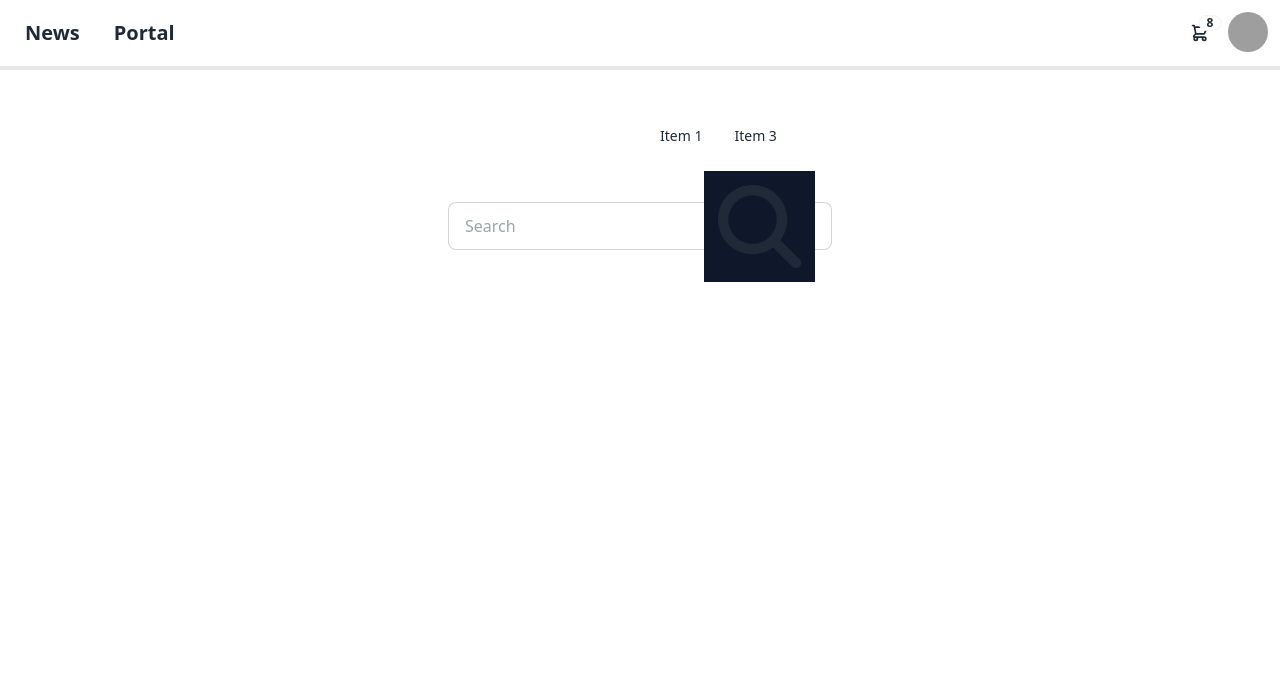
Repository: RudrasahaDibos/news-portal
Page: index.html
These files come from the project's save history. The page is drawn as it stood at one moment and after a run of saves; the edit follows.
The browser window is 1280 px wide. The pictures show the whole page.
Pictures or frames that could not be fetched are drawn as grey boxes. Some web libraries are served in a nearby version.

Above is the page before, as saved 2024-11-23 15:02:47.

### index.html
<!DOCTYPE html>
<html lang="en">
<head>
    <meta charset="UTF-8">
    <meta name="viewport" content="width=device-width, initial-scale=1.0">
    <title>news_portals</title>
    <!-- tailwinds  -->
    <link href="https://cdn.jsdelivr.net/npm/daisyui@4.12.14/dist/full.min.css" rel="stylesheet" type="text/css" />
    <script src="https://cdn.tailwindcss.com"></script>

</head>
<body class="container mx-auto ">
    <!-- header starts here -->
        <header>
                   <!-- navbar start here -->
                   <div class="navbar bg-base-100 border-b-4">
                    <div class="flex-1">
                      <a class="btn btn-ghost text-xl">News</a>
                      <a class="btn btn-ghost text-xl">Portal</a>
                    </div>
                    <div class="flex-none">
                      <div class="dropdown dropdown-end">
                        <div tabindex="0" role="button" class="btn btn-ghost btn-circle">
                          <div class="indicator">
                            <svg
                              xmlns="http://www.w3.org/2000/svg"
                              class="h-5 w-5"
                              fill="none"
                              viewBox="0 0 24 24"
                              stroke="currentColor">
                              <path
                                stroke-linecap="round"
                                stroke-linejoin="round"
                                stroke-width="2"
                                d="M3 3h2l.4 2M7 13h10l4-8H5.4M7 13L5.4 5M7 13l-2.293 2.293c-.63.63-.184 1.707.707 1.707H17m0 0a2 2 0 100 4 2 2 0 000-4zm-8 2a2 2 0 11-4 0 2 2 0 014 0z" />
                            </svg>
                            <span class="badge badge-sm indicator-item">8</span>
                          </div>
                        </div>
                        <div
                          tabindex="0"
                          class="card card-compact dropdown-content bg-base-100 z-[1] mt-3 w-52 shadow">
                          <div class="card-body">
                            <span class="text-lg font-bold">8 Items</span>
                            <span class="text-info">Subtotal: $999</span>
                            <div class="card-actions">
                              <button class="btn btn-primary btn-block">View cart</button>
                            </div>
                          </div>
                        </div>
                      </div>
                      <div class="dropdown dropdown-end">
                        <div tabindex="0" role="button" class="btn btn-ghost btn-circle avatar">
                          <div class="w-10 rounded-full">
                            <img
                              alt="Tailwind CSS Navbar component"
                              src="https://img.daisyui.com/images/stock/photo-1534528741775-53994a69daeb.webp" />
                          </div>
                        </div>
                        <ul
                          tabindex="0"
                          class="menu menu-sm dropdown-content bg-base-100 rounded-box z-[1] mt-3 w-52 p-2 shadow">
                          <li>
                            <a class="justify-between">
                              Profile
                              <span class="badge">New</span>
                            </a>
                          </li>
                          <li><a>Settings</a></li>
                          <li><a>Logout</a></li>
                        </ul>
                      </div>
                    </div>
                  </div>




                  <!-- 2nd start here  -->
                  <div class="navbar bg-base-100 mt-8">
                    <div class="navbar-start">
                      <div class="dropdown">
                        <div tabindex="0" role="button" class="btn btn-ghost lg:hidden">
                          <svg
                            xmlns="http://www.w3.org/2000/svg"
                            class="h-5 w-5"
                            fill="none"
                            viewBox="0 0 24 24"
                            stroke="currentColor">
                            <path
                              stroke-linecap="round"
                              stroke-linejoin="round"
                              stroke-width="2"
                              d="M4 6h16M4 12h8m-8 6h16" />
                          </svg>
                        </div>
                        <ul
                          tabindex="0"
                          class="menu menu-sm dropdown-content bg-base-100 rounded-box z-[1] mt-3 w-52 p-2 shadow">
                          <li><a>Item 1</a></li>

                          <li><a>Item 3</a></li>
                        </ul>
                      </div>

                    </div>
                    <div class="navbar-center hidden lg:flex">
                      <ul class="menu menu-horizontal px-1">
                        <li><a>Item 1</a></li>

                        <li><a>Item 3</a></li>
                      </ul>
                    </div>

                  </div>
                  <!-- 2nd end here -->

                   <!-- navbar end here -->
        </header>
        <!-- header end here -->

        <!-- main is start here -->
         <main>
            <!-- search button start here -->
            <label class="input input-bordered flex items-center gap-2 mt-8 w-96  mx-auto ">
                <input type="text" class="grow" placeholder="Search" />
                <svg
                class="bg-slate-900"
                  xmlns="http://www.w3.org/2000/svg"
                  viewBox="0 0 16 16"
                  fill="currentColor"
                  class="h-4 w-4 opacity-70">
                  <path
                    fill-rule="evenodd"
                    d="M9.965 11.026a5 5 0 1 1 1.06-1.06l2.755 2.754a.75.75 0 1 1-1.06 1.06l-2.755-2.754ZM10.5 7a3.5 3.5 0 1 1-7 0 3.5 3.5 0 0 1 7 0Z"
                    clip-rule="evenodd" />
                </svg>
              </label>
              <!-- search button ends here -->

         </main>
         <!-- main is end here -->
</body>
</html>

After the next 3 saves:
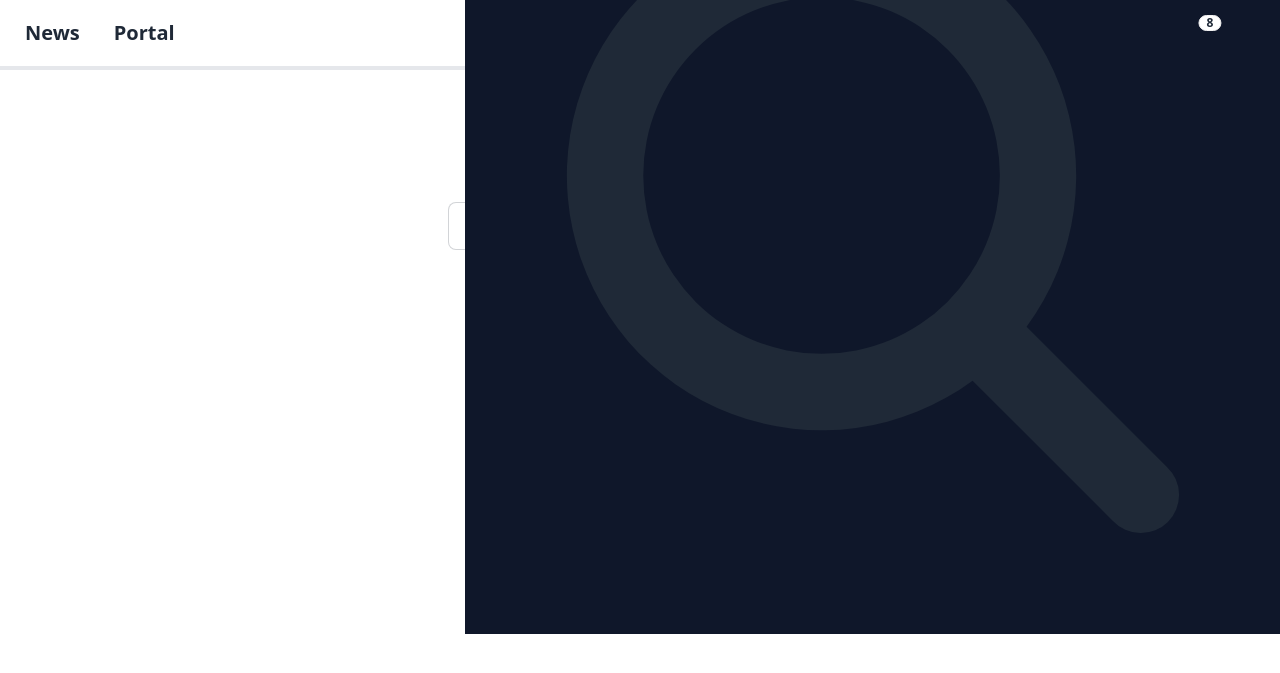
The 3 saves are shown as one change because they came seconds apart.
The last was saved 12 s later.
--- a/index.html
+++ b/index.html
@@ -125,7 +125,7 @@
             <label class="input input-bordered flex items-center gap-2 mt-8 w-96  mx-auto ">
                 <input type="text" class="grow" placeholder="Search" />
                 <svg
-                class="bg-slate-900"
+                class="bg-slate-900 absolute"
                   xmlns="http://www.w3.org/2000/svg"
                   viewBox="0 0 16 16"
                   fill="currentColor"

After the save that followed:
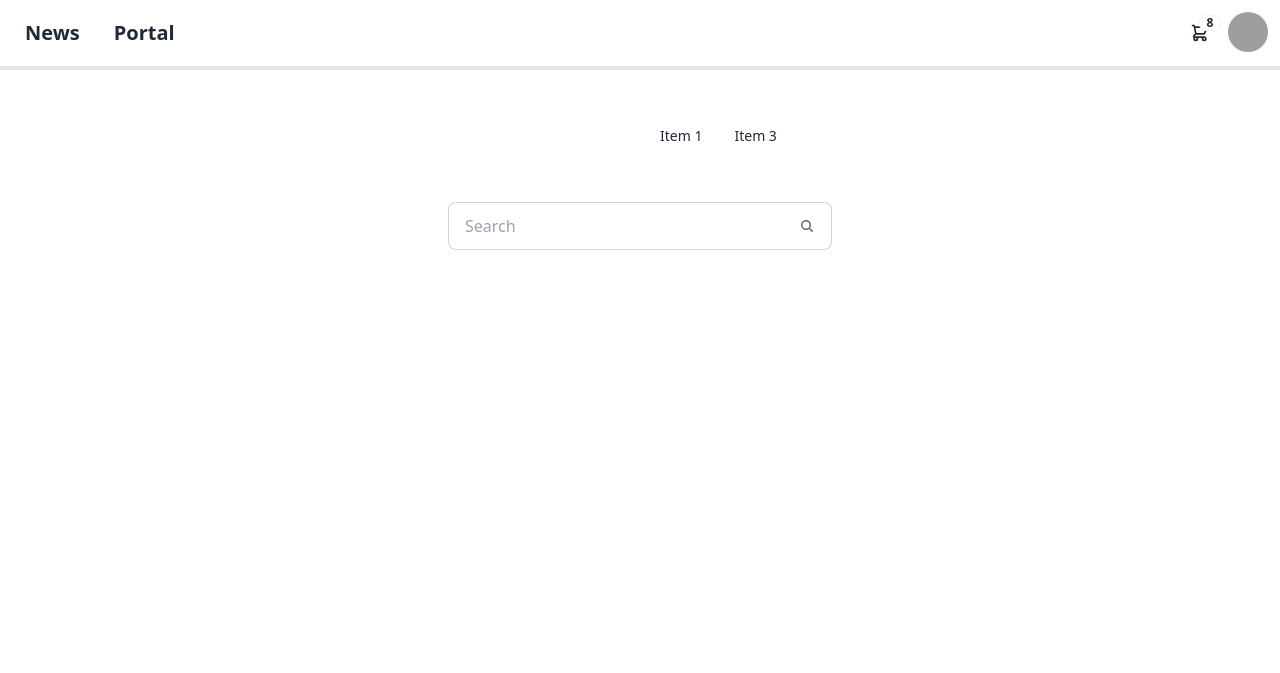
Saved 11 s later.
--- a/index.html
+++ b/index.html
@@ -125,7 +125,7 @@
             <label class="input input-bordered flex items-center gap-2 mt-8 w-96  mx-auto ">
                 <input type="text" class="grow" placeholder="Search" />
                 <svg
-                class="bg-slate-900 absolute"
+
                   xmlns="http://www.w3.org/2000/svg"
                   viewBox="0 0 16 16"
                   fill="currentColor"
